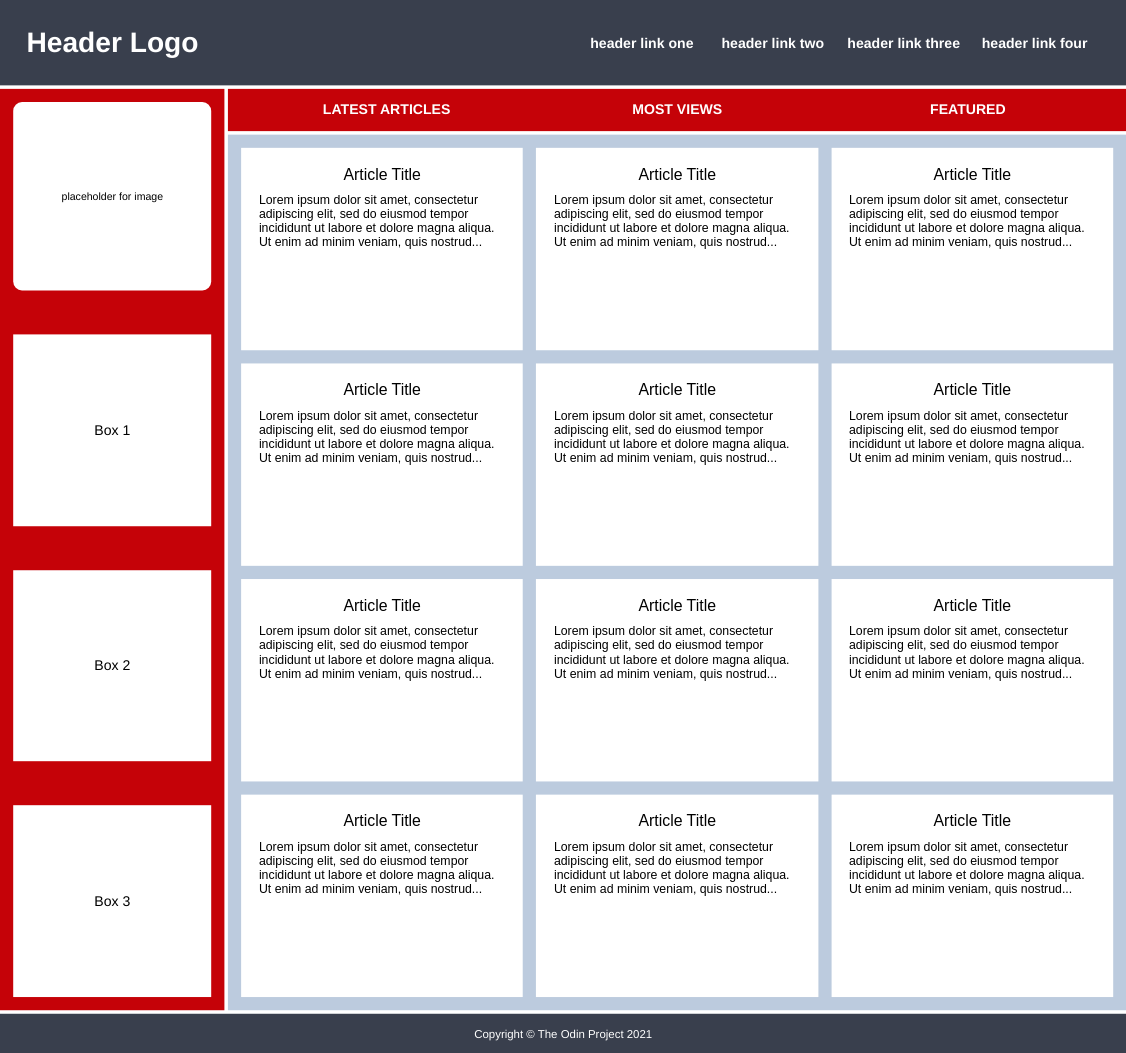
Repository: gkintu/css-exercises
Page: intermediate-html-css/advanced-grid/02-holy-grail-mockup/index.html
These files come from the project's save history. The page is drawn as it stood at one moment and after the next save; the edit follows.
The browser window is 1280 px wide. The pictures show the whole page, at 88% of full size.

Above is the page before, as saved 2025-03-04 11:43:23.

After the next save:
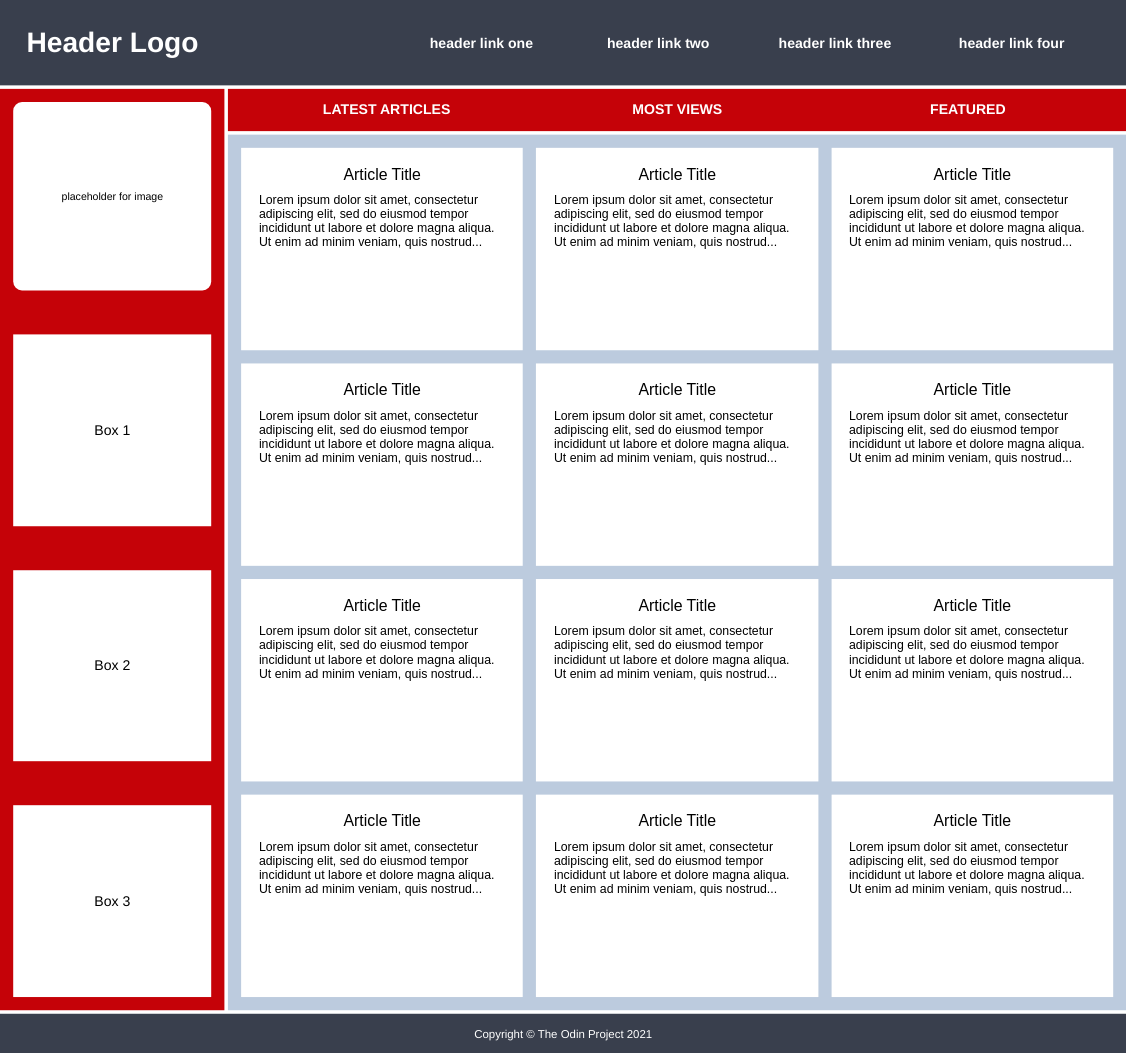
Saved 16 s later.
--- a/intermediate-html-css/advanced-grid/02-holy-grail-mockup/style.css
+++ b/intermediate-html-css/advanced-grid/02-holy-grail-mockup/style.css
@@ -23,7 +23,7 @@
   background-color: #393f4d;
   display: grid;
   grid-column: 1 / 3;
-  grid-template-columns: 1fr 1fr;
+  grid-template-columns: 1fr 2fr;
   align-items: center;
 
 }
